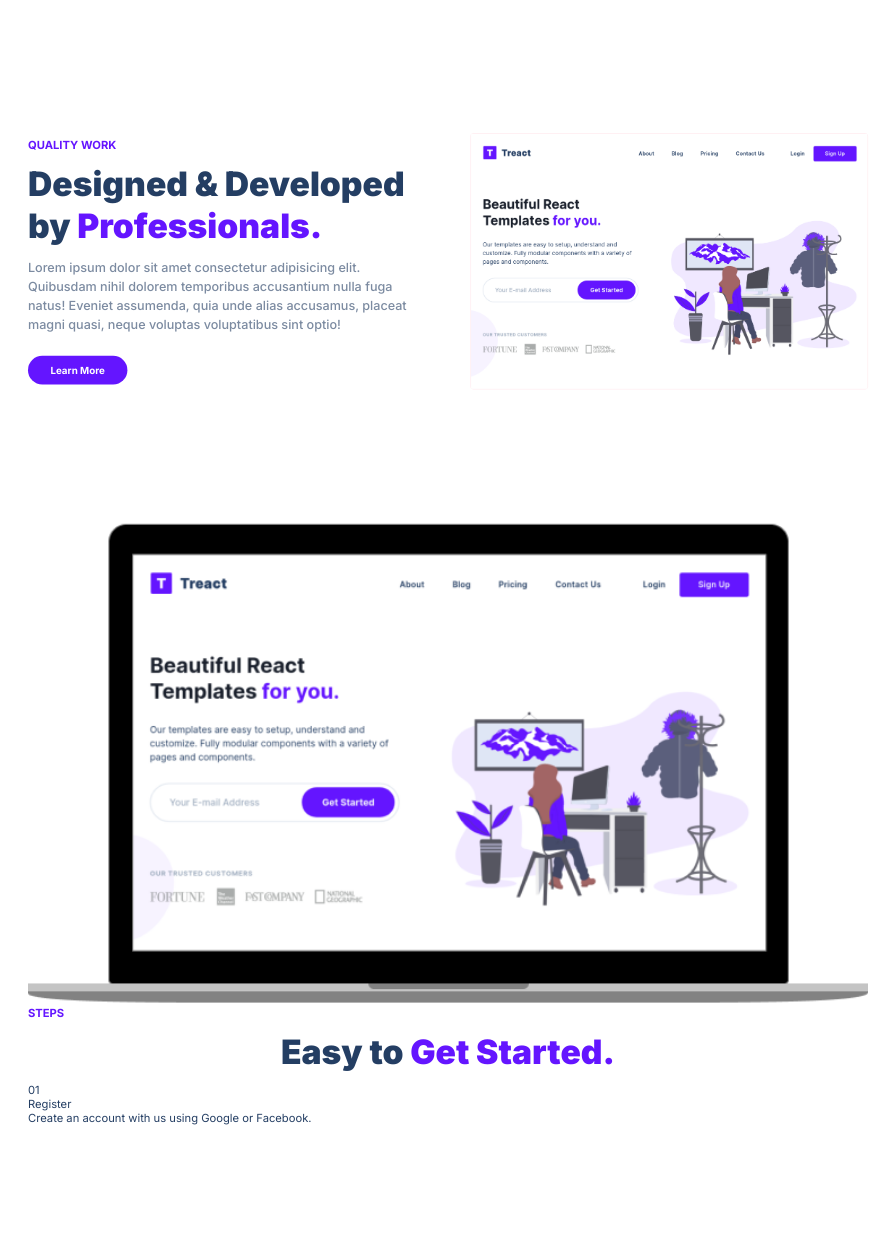
Repository: avivanguyen/m2_fianlProject
Page: index.html
The author's editor kept a copy of each file at every save. The page is drawn from the files as they stood at one save, then again after the next save.
The browser window is 1280 px wide. The pictures show the part of the page from y = 2145 to 4065 px (the page is 3945 px tall before and 4065 px after), at 70% of full size.
Some web libraries are served in a nearby version.

Above is the page before, as saved 2025-12-09 02:22:22.

After the next save:
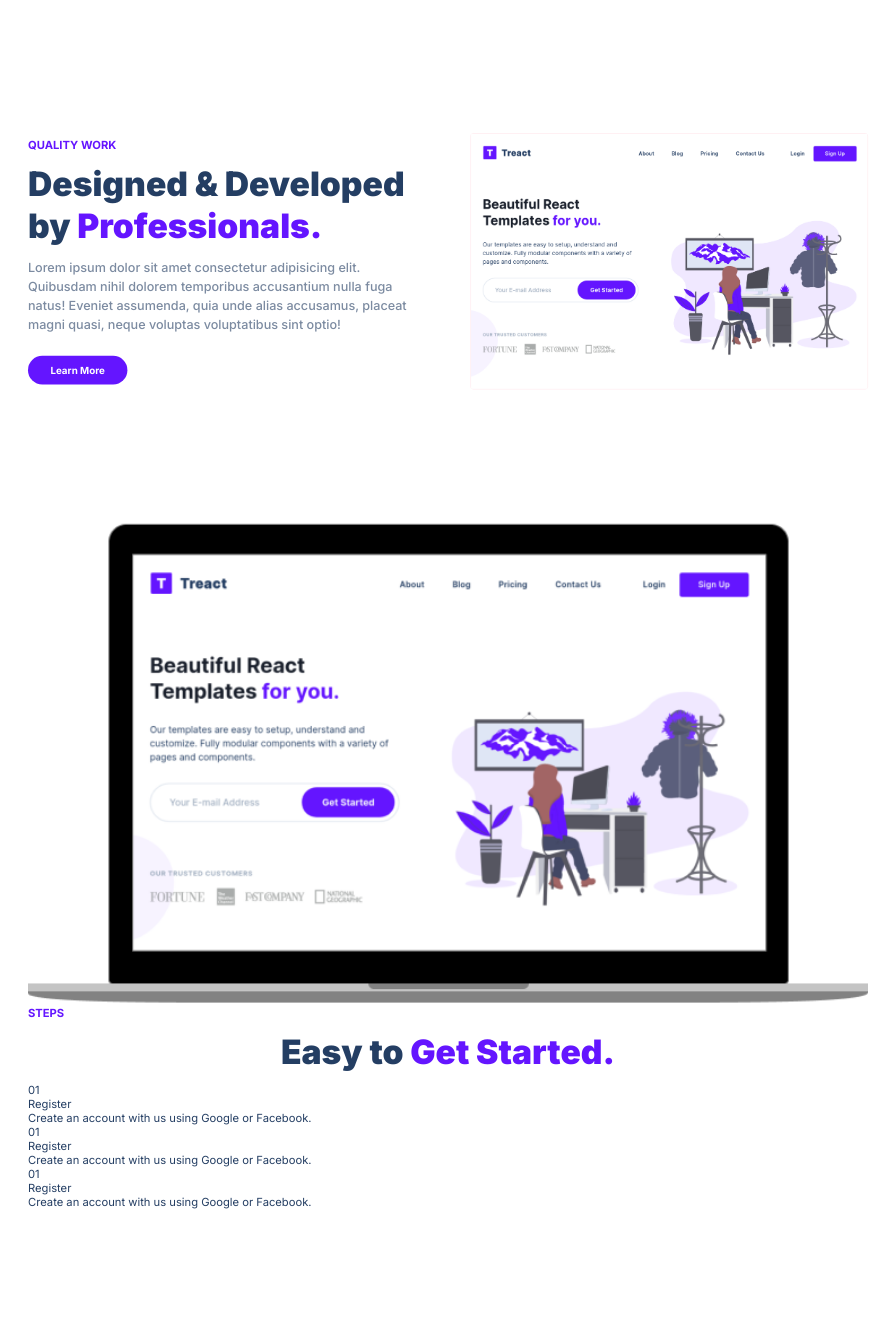
Saved 34 s later.
--- a/index.html
+++ b/index.html
@@ -170,6 +170,20 @@
                                     <div class="step__para">Create an account with us using Google or Facebook.</div>
                                 </div>
                             </div>
+                            <div class="step">
+                                <div class="step__number">01</div>
+                                <div class="step__description">
+                                    <div class="step__title">Register</div>
+                                    <div class="step__para">Create an account with us using Google or Facebook.</div>
+                                </div>
+                            </div>
+                            <div class="step">
+                                <div class="step__number">01</div>
+                                <div class="step__description">
+                                    <div class="step__title">Register</div>
+                                    <div class="step__para">Create an account with us using Google or Facebook.</div>
+                                </div>
+                            </div>
                         </div>
                     </div>
                 </div>
